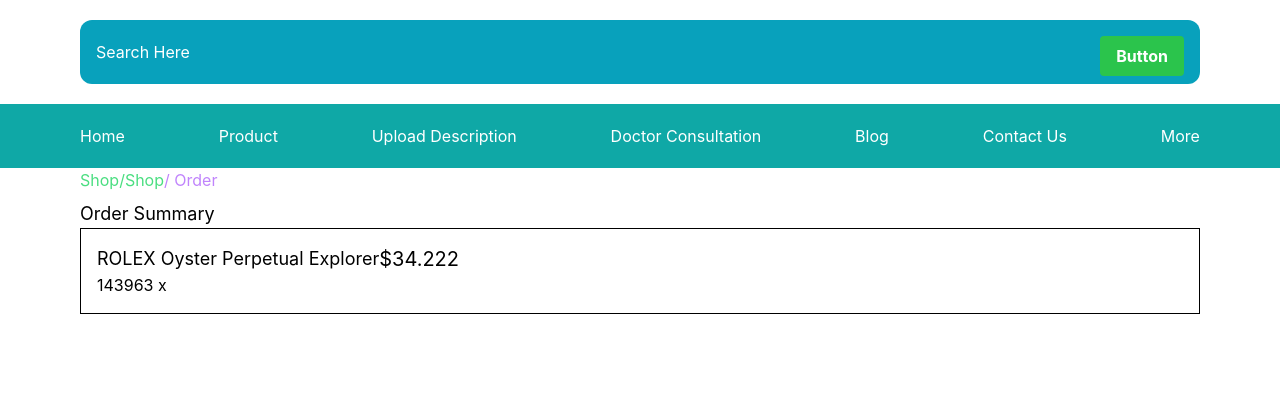
Repository: arafatmollah/pharma
Page: /
An editor plug-in stored every save of this project. The page is shown before and after a run of saves, followed by the edit.
The browser window is 1280 px wide. The pictures show the whole page.
The project was rebuilt for these pictures with package versions that can differ from the ones it lists, and the page was loaded fresh each time.

Above is the page before, as saved 2023-03-12 01:40:41.

### src/App.js

import './App.css';
import Nav from './Nav';
import Order from './Order';

function App() {
  return (
    <div className="App">
      <Nav></Nav>
      <Order></Order>
    </div>
  );
}

export default App;

### src/App.css
.box-border{
    background-color: #08A1BC;
}
.btn {
    @apply font-bold py-2 px-4 rounded;
    background-color: #2BC44C;
    color: white;
  }
  .btn-blue {
    @apply bg-blue-500 text-white;
  }
  .btn-blue:hover {
    @apply bg-blue-700;
  }
.nav{
    background-color: #0FA8A6;
}
.order{
    border: 1px solid black;
    border-width: 50%;
}

### src/Nav.js
import React from 'react'
import './App.css';

function Nav() {
  return (
    <div>
        <div className='box-border h-16 w-100 p-4 mx-20 my-5 rounded-xl'>
          <div className='flex justify-between align-middle'>
                <p className='text-white mt-1'>Search Here</p>
                <button class="btn mb-1"> Button</button>
          </div>
        </div>
        <div className='box-border h-16 w-100 nav'>
            <div className='flex mx-20 items-center justify-between text-white'>
            <div className='mt-5'>Home</div>
            <div className='mt-5'> Product</div>
            <div className='mt-5'>Upload Description</div>
            <div className='mt-5'>Doctor Consultation</div>
            <div className='mt-5'>Blog</div>
            <div className='mt-5'>Contact Us</div>
            <div className='mt-5'>More</div>
            </div>
        </div>
    </div>
  )
}

export default Nav

### src/Order.js
import React from 'react'
import img from './images/img.png'

function order() {
  return (
    <div>
        <div className='flex mx-20'>
            <p className='text-green-400'>Shop</p>
            <p className='text-green-400'>/Shop</p>
            <p className='text-purple-400'>/ Order</p>
        </div>
        <div className='mt-2 mx-20'>
          <h3 className='text-lg'>Order Summary</h3>
        </div>
        <div className='mx-20'>
          <div className='flex border-box p-4 order'>
            <div>
              <img src=''></img>
            </div>
            <div>
              <h1 className='text-lg'>ROLEX Oyster Perpetual Explorer</h1>
              <p>143963 x</p>
            </div>
            <div>
              <h3 className='text-xl'>$34.222</h3>
            </div>
          </div>
        </div>
    </div>
  )
}

export default order

Loaded but not shown: public/index.html (common file); src/index.js (common file); src/index.css (common file); src/reportWebVitals.js (common file); tailwind.config.js (common file)

After the next 2 saves:
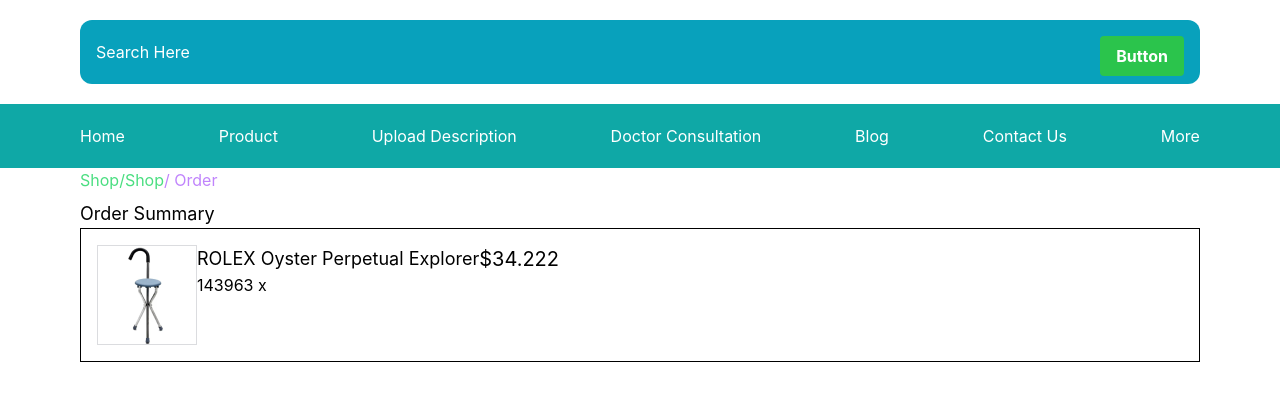
The 2 saves are shown as one change because they came seconds apart.
The last was saved 9 s later.
--- a/src/Order.js
+++ b/src/Order.js
@@ -15,7 +15,7 @@ function order() {
         <div className='mx-20'>
           <div className='flex border-box p-4 order'>
             <div>
-              <img src=''></img>
+              <img src={img}></img>
             </div>
             <div>
               <h1 className='text-lg'>ROLEX Oyster Perpetual Explorer</h1>
